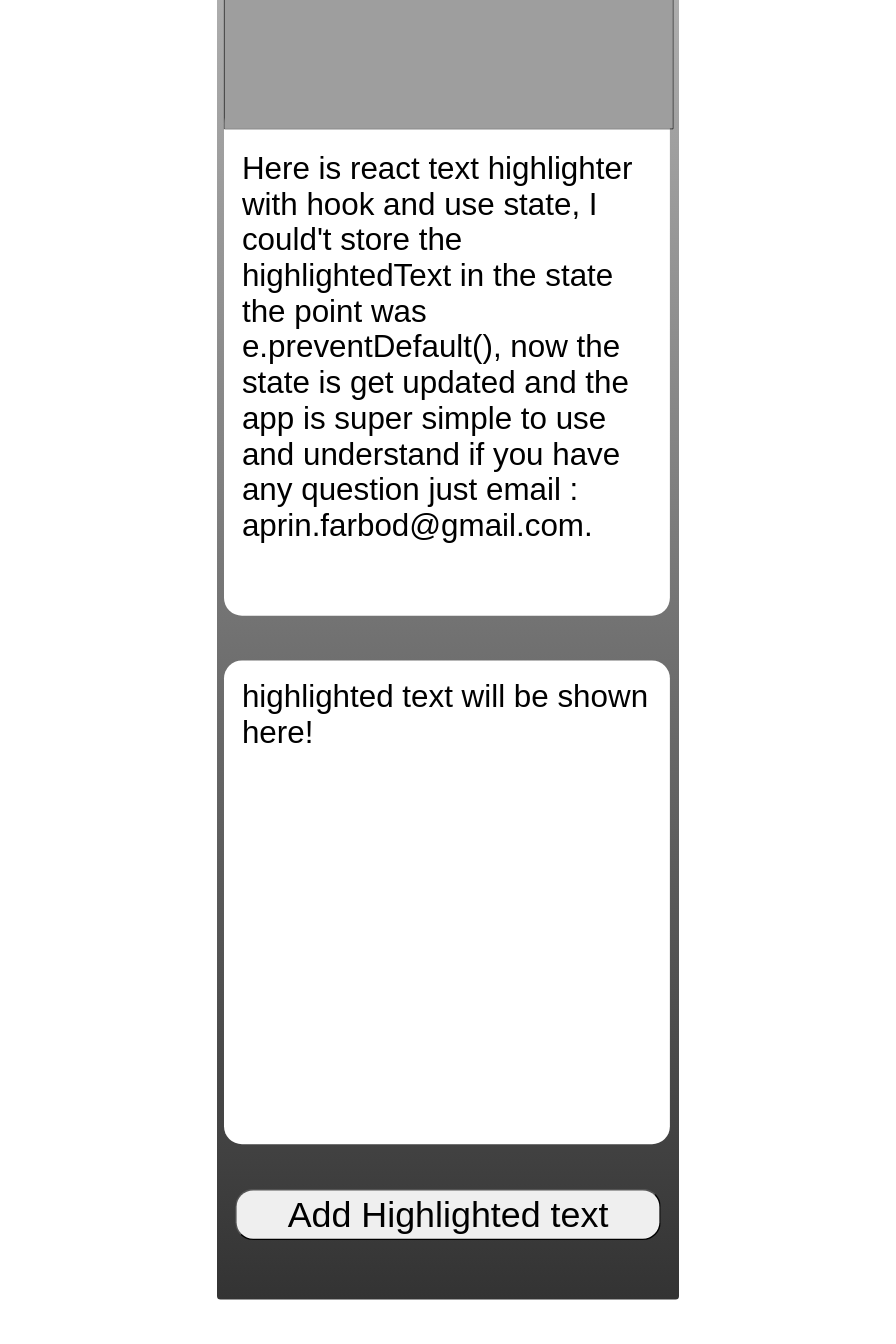
Repository: Farbod29/React-text-highlighter-with-hook-
Page: /
The author's editor kept a copy of each file at every save. The page is drawn from the files as they stood at one save, then again after the next save.
The browser window is 1280 px wide. The pictures show the part of the page from y = 532 to 2452 px (the page is 2452 px tall), at 70% of full size.
Pictures or frames that could not be fetched are drawn as grey boxes. The project was rebuilt for these pictures with package versions that can differ from the ones it lists, and the page was loaded fresh each time. Also part of the build but not shown: src/highlighter2.js.

Above is the page before, as saved 2022-02-21 17:50:32.

After the next save:
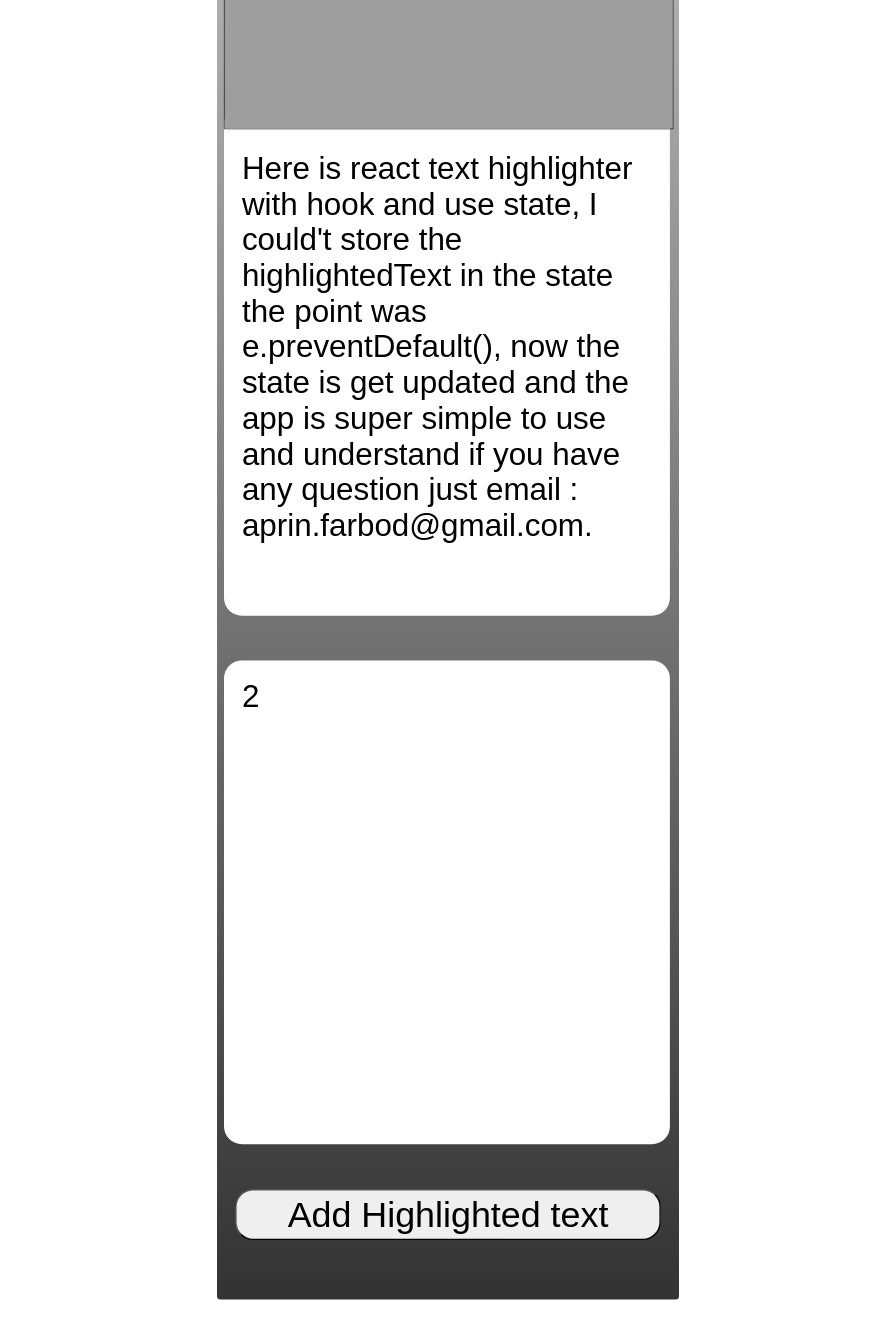
Saved 2 min 39 s later.
--- a/src/highlighter.js
+++ b/src/highlighter.js
@@ -7,9 +7,7 @@ import './highlight.css';
 //thanks for the provider and @Saeed Rastgar my friend to assist the in the CSS part.
 
 export default function Highlighter() {
-  const [highlightedText, setHighlightedText] = useState(
-    'highlighted text will be shown here!'
-  );
+  const [highlightedText, setHighlightedText] = useState(2);
   let extractTheText = () => {
     //e.preventDefault();
     const selectionObj = window.getSelection && window.getSelection();
